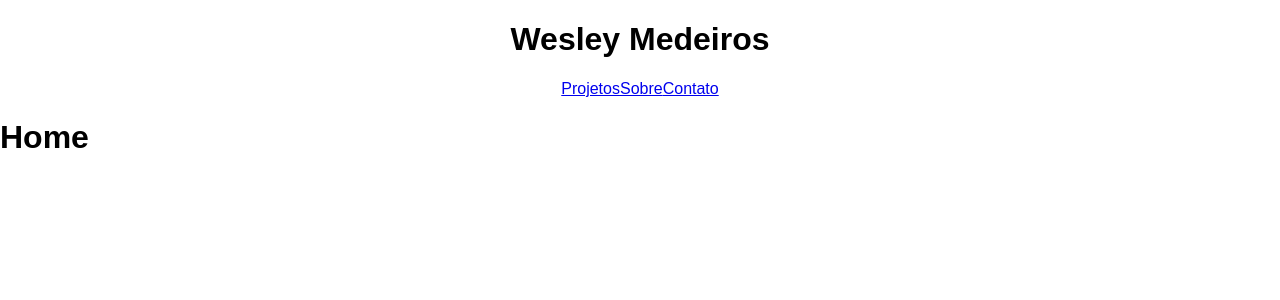
Repository: Luandro-com/wmedeiros
Page: /
The author's editor kept a copy of each file at every save. The page is drawn from the files as they stood at one save, then again after the next save.
The browser window is 1280 px wide. The pictures show the whole page.
The project was rebuilt for these pictures with package versions that can differ from the ones it lists, and the page was loaded fresh each time. Also part of the build but not shown: src/components/About.js, src/components/Contact.js.

Above is the page before, as saved 2018-01-30 16:53:44.

After the next save:
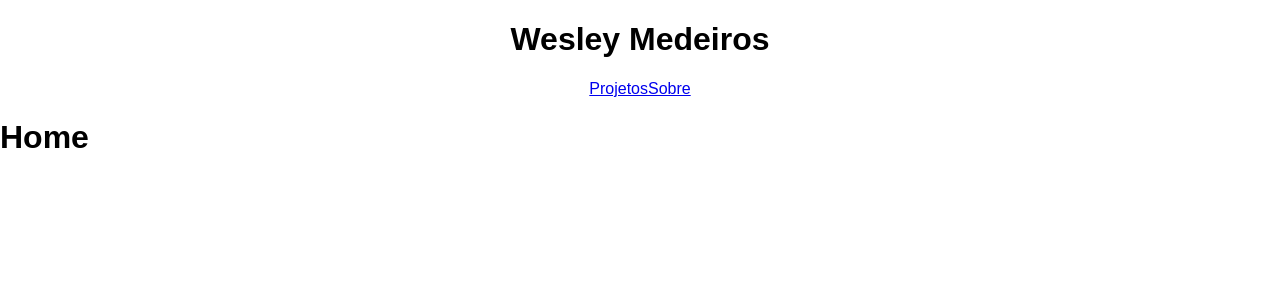
Saved 36 s later.
--- a/src/components/Header.js
+++ b/src/components/Header.js
@@ -8,7 +8,6 @@
     <div className="Header-nav">
       <Link to="/">Projetos</Link>
       <Link to="/about">Sobre</Link>
-      <Link to="/contact">Contato</Link>
     </div>
   </header>
 );

After the save that followed:
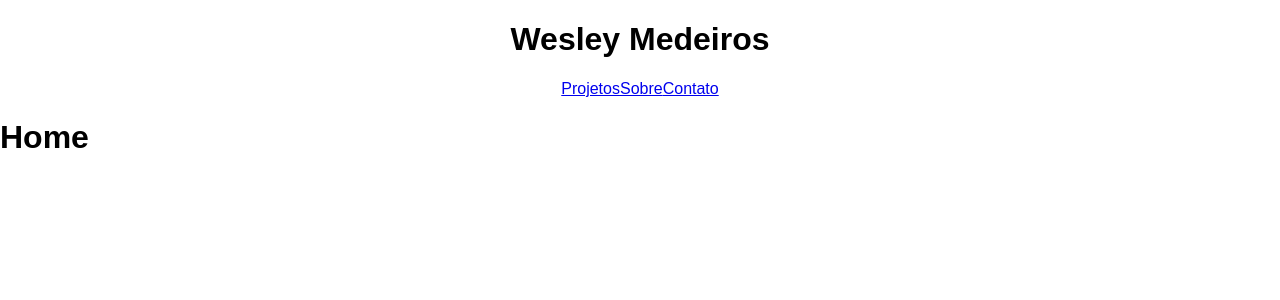
Saved 14 s later.
--- a/src/components/Header.js
+++ b/src/components/Header.js
@@ -8,6 +8,7 @@
     <div className="Header-nav">
       <Link to="/">Projetos</Link>
       <Link to="/about">Sobre</Link>
+      <Link to="/contact">Contato</Link>
     </div>
   </header>
 );
